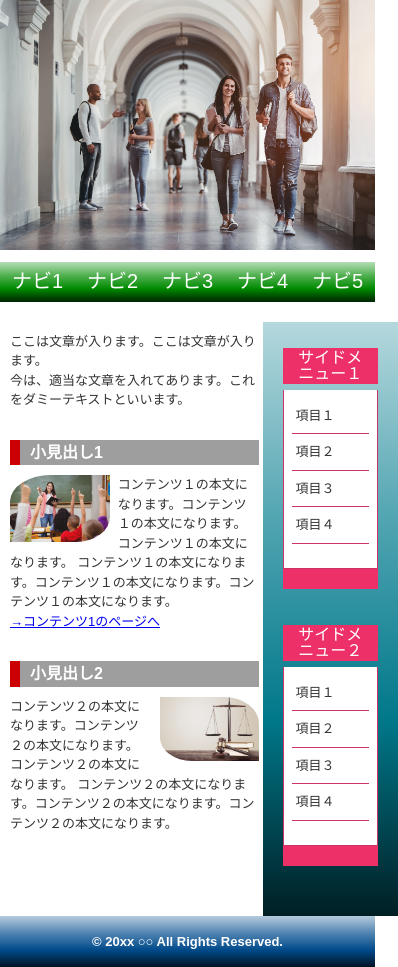
Repository: noritag/samurai_HTML-CSS
Page: home.html
The author's editor kept a record of every edit. The page is drawn from the files as they stood at one moment, then again after the next edit.
The browser window is 375 px wide. The page is 398 px wide, then 396 px, so the pictures cover 398 px, including what lies to the right of the window. The pictures show the whole page.
Pictures or frames that could not be fetched are drawn as grey boxes.

Above is the page before.

### home.html
<!DOCTYPE html>
<html lang="ja">
    <head>
        <meta charset="UTF-8">
        <title>HTML/CSSの学習</title>
        <link rel="stylesheet" href="stylesheet.css">
    </head>
<body>
    <div id="header">
        <h1><a href=index.html><img id="corridor" src="images/corridor.jpg" alt="大学の廊下" /></a></h1>
    </div>
    <div id="wrapper">
        <div id="nav">
            <ul>
                <li><a href="home.html">ナビ1</a></li>
                <li><a href="#">ナビ2</a></li>
                <li><a href="#">ナビ3</a></li>
                <li><a href="#">ナビ4</a></li>
                <li><a href="#">ナビ5</a></li>
            </ul>
        </div>
        <div id="container">
            <div id= "main">
                <div class="post">
                    <p>ここは文章が入ります。ここは文章が入ります。<br />今は、適当な文章を入れてあります。これをダミーテキストといいます。</p>
                </div>
                <div class="post clearfix">
                    <h2>小見出し1</h2>
                    <img class="left" src="images/classroom.jpg" alt="授業風景"/>
                    <p>
                        コンテンツ１の本文になります。コンテンツ１の本文になります。コンテンツ１の本文になります。
                        コンテンツ１の本文になります。コンテンツ１の本文になります。コンテンツ１の本文になります。
                    </p>
                    <p><a href="#">→コンテンツ1のページへ</a></p>
                </div>
                <div class="post clearfix">
                    <h2>小見出し2</h2>
                    <img class="right" src="images/scale.jpg" alt="天秤"/>
                    <p>
                        コンテンツ２の本文になります。コンテンツ２の本文になります。コンテンツ２の本文になります。
                        コンテンツ２の本文になります。コンテンツ２の本文になります。コンテンツ２の本文になります。
                    </p>
                </div>
            </div>
            <div id="side">
                <div class="box">
                    <h2>サイドメニュー１</h2>
                    <div class="boxBody">
                        <ul>
                            <li>項目１</li>
                            <li>項目２</li>
                            <li>項目３</li>
                            <li>項目４</li>
                        </ul>
                    </div>
                </div>
                <div class="box">
                    <h2>サイドメニュー２</h2>
                    <div class="boxBody">
                        <ul>
                            <li>項目１</li>
                            <li>項目２</li>
                            <li>項目３</li>
                            <li>項目４</li>
                        </ul>
                    </div>
                </div>
            </div>
        </div>
    <div id="footer">
        <p>&copy; 20xx ○○ All Rights Reserved.</p>
    </div>
</body>
</html>

### stylesheet.css
@charset "utf-8";

body {
    margin: 0;
    padding: 0;
    font-family: "ヒラギノ角ゴ Pro W3", "Hiragino Kaku Gothic Pro", "メイリオ", Meiryo, Osaka, "MS Pゴシック", "MS PGothic", sans-serif;
    color: #333;
    font-size: 13px;
    line-height: 150%
}

/* -------------------- wrapper -------------------- */
#wrapper {
    width: 100%;
    margin: auto;
    padding: 0px;
    border: 0px;
    background-color: #FFF;
    top: 10px;
    position: relative;
}

/* -------------------- header -------------------- */
#header {
    width: 100%;
}

#header h1 {
    margin: 0;
    padding: 0;
}

#corridor {
    width: 100%;
    height: auto;
}

/* -------------------- footer -------------------- */
#footer {
    clear: both;
    width: 100%;
    padding: 3px 0 3px 0;
    background: #39F;
    color: #FFF;
    font-weight: bold;
    text-align: center;
    background: rgb(181,202,221); /* Old browsers */
    background: -moz-linear-gradient(top, rgba(181,202,221,1) 0%, rgba(131,167,199,1) 17%, rgba(82,133,178,1) 33%, rgba(0,74,138,1) 67%, rgba(0,47,88,1) 83%, rgba(0,19,36,1) 100%); /* FF3.6-15 */
    background: -webkit-linear-gradient(top, rgba(181,202,221,1) 0%,rgba(131,167,199,1) 17%,rgba(82,133,178,1) 33%,rgba(0,74,138,1) 67%,rgba(0,47,88,1) 83%,rgba(0,19,36,1) 100%); /* Chrome10-25,Safari5.1-6 */
    background: linear-gradient(to bottom, rgba(181,202,221,1) 0%,rgba(131,167,199,1) 17%,rgba(82,133,178,1) 33%,rgba(0,74,138,1) 67%,rgba(0,47,88,1) 83%,rgba(0,19,36,1) 100%); /* W3C, IE10+, FF16+, Chrome26+, Opera12+, Safari7+ */
    filter: progid:DXImageTransform.Microsoft.gradient( startColorstr='#b5cadd', endColorstr='#001324',GradientType=0 ); /* IE6-9 */
}

/* -------------------- nav -------------------- */
#nav {
    width: 100%;
}

#nav ul {
    display: flex;
    margin: 0;
    padding: 0;
    list-style-type: none;
}

#nav ul li {
    width: 20%;
    text-align: center;
}

#nav ul li a {
    display: block;
    height: 20px;
    margin: 0;
    padding: 10px;
    color: #FFF;
    font-size: 20px;
    text-decoration: none;
    background-color: green;
    background: rgb(180,221,180); /* Old browsers */
    background: -moz-linear-gradient(top, rgba(180,221,180,1) 0%, rgba(131,199,131,1) 17%, rgba(82,177,82,1) 33%, rgba(0,138,0,1) 67%, rgba(0,87,0,1) 83%, rgba(0,36,0,1) 100%); /* FF3.6-15 */
    background: -webkit-linear-gradient(top, rgba(180,221,180,1) 0%,rgba(131,199,131,1) 17%,rgba(82,177,82,1) 33%,rgba(0,138,0,1) 67%,rgba(0,87,0,1) 83%,rgba(0,36,0,1) 100%); /* Chrome10-25,Safari5.1-6 */
    background: linear-gradient(to bottom, rgba(180,221,180,1) 0%,rgba(131,199,131,1) 17%,rgba(82,177,82,1) 33%,rgba(0,138,0,1) 67%,rgba(0,87,0,1) 83%,rgba(0,36,0,1) 100%); /* W3C, IE10+, FF16+, Chrome26+, Opera12+, Safari7+ */
    filter: progid:DXImageTransform.Microsoft.gradient( startColorstr='#b4ddb4', endColorstr='#002400',GradientType=0 ); /* IE6-9 */
}

#nav ul li a:hover {
    filter: drop-shadow(10px 10px 10px black);
}

/* -------------------- container -------------------- */
#container {
    width: 100%;
    margin: auto;
    padding: auto;
    padding-top: 20px;
    clear: both;
    display: grid;
    grid-template-columns: 70vw 30vw;
}
@media screen and (max-width:480px) {
    #container {
    width: 100%;
    margin: auto;
    padding: auto;
    padding-top: 20px;
    clear: both;
    display:
    grid-template-columns: 70vw 30vw;
}
}

/* -------------------- main -------------------- */
#main {
    width: 95%;
    padding: 10px 30px 10px 10px;
}
#main h2 {
    margin: 0 0 10px 0;
    padding: 3px 10px 3px 10px;
    color: #FFF;
    font-size: 16px;
    border-left: solid 10px #C00;
    background: #F90 url(../imges/main_h2.jpg) right top repeat-y;
}
#main p {
    margin: 0;
    padding: 0;
}
#main .post {
    margin: 0 0 30px 0;
}

#main .post img.right {
    margin: 0 0 0 8px;
    border-radius: 0% 35% 0% 32% / 10% 42% 10% 37%
}
#main .post img.left {
    margin: 0 8px 0 0;
    border-radius: 41% 0% 34% 0% / 40% 42% 38% 37%
}

.right {
    float: right;
    width: 40%;
    height: auto;
}
.left {
    float: left;
    width: 40%;
    height: auto;
}

/* -------------------- clearfix -------------------- */
.clearfix {
    zoom: 1;
}
.clearfix:after{
    content: "";
    display: block;
    clear: both;
}

/* -------------------- side -------------------- */
#side {
    width: 85%;
    padding: 20px;
    background-color: #F99;
    background: rgb(181,216,221); /* Old browsers */
    background: -moz-linear-gradient(top, rgba(181,216,221,1) 0%, rgba(131,190,199,1) 17%, rgba(82,165,178,1) 33%, rgba(0,120,138,1) 67%, rgba(0,76,88,1) 83%, rgba(0,31,36,1) 100%); /* FF3.6-15 */
    background: -webkit-linear-gradient(top, rgba(181,216,221,1) 0%,rgba(131,190,199,1) 17%,rgba(82,165,178,1) 33%,rgba(0,120,138,1) 67%,rgba(0,76,88,1) 83%,rgba(0,31,36,1) 100%); /* Chrome10-25,Safari5.1-6 */
    background: linear-gradient(to bottom, rgba(181,216,221,1) 0%,rgba(131,190,199,1) 17%,rgba(82,165,178,1) 33%,rgba(0,120,138,1) 67%,rgba(0,76,88,1) 83%,rgba(0,31,36,1) 100%); /* W3C, IE10+, FF16+, Chrome26+, Opera12+, Safari7+ */
    filter: progid:DXImageTransform.Microsoft.gradient( startColorstr='#b5d8dd', endColorstr='#001f24',GradientType=0 ); /* IE6-9 */
}
#side .box {
    margin: 0 auto 30px auto;
    padding: 0 0 20px 0;
    background: url(images/side_box.png) bottom no-repeat;
}
#side .box h2 {
    margin: 0;
    padding: 8px;
    text-align: center;
    color: #fff;
    font-size: 16px;
    line-height: 16px;
    font-weight: normal;
    background: url(images/side_box_h2.png) center no-repeat;
}
#side .box .boxBody {
    padding: 8px;
    border-right: solid 1px #C36;
    border-bottom: solid 1px #C36;
    border-left: solid 1px #C36;
    background: #fff;
}
#side .box .boxBody ul {
    margin: 0 0 16px 0;
    padding: 0;
}
#side .box .boxBody ul li {
    padding: 8px 0 8px 4px;
    list-style: none;
    border-bottom: solid 1px #C36;
}
#side .box .boxBody ul li:hover {
    padding: 8px 0px 8px 4px;
    list-style: none;
    border-bottom: solid 1px #C36;
    box-shadow: 0px 4px 4px rgba(0, 0, 0, 0.3);
}

After the next edit:
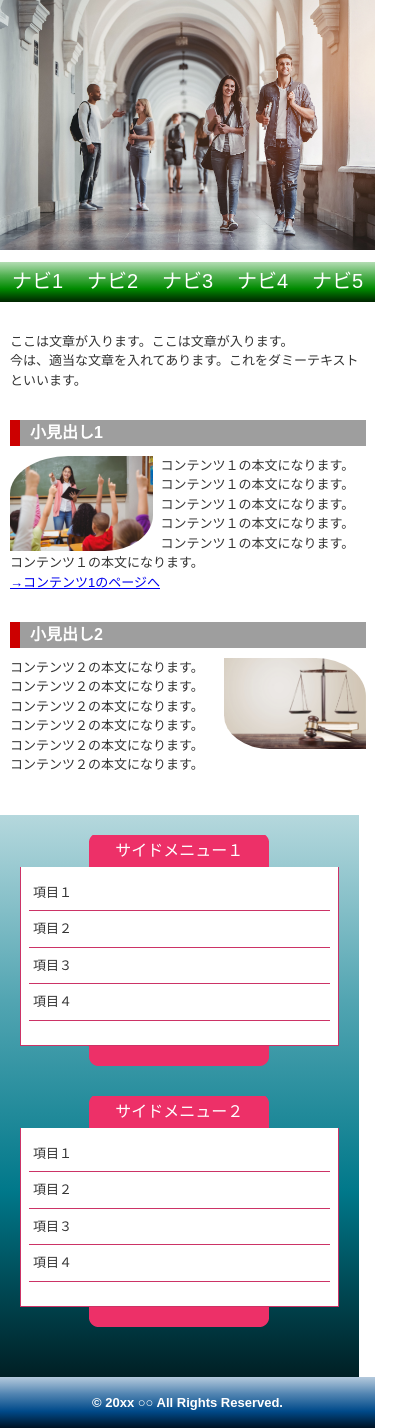
The edit:
--- a/stylesheet.css
+++ b/stylesheet.css
@@ -100,13 +100,7 @@
 }
 @media screen and (max-width:480px) {
     #container {
-    width: 100%;
-    margin: auto;
-    padding: auto;
-    padding-top: 20px;
-    clear: both;
-    display:
-    grid-template-columns: 70vw 30vw;
+    display: block;
 }
 }
 
